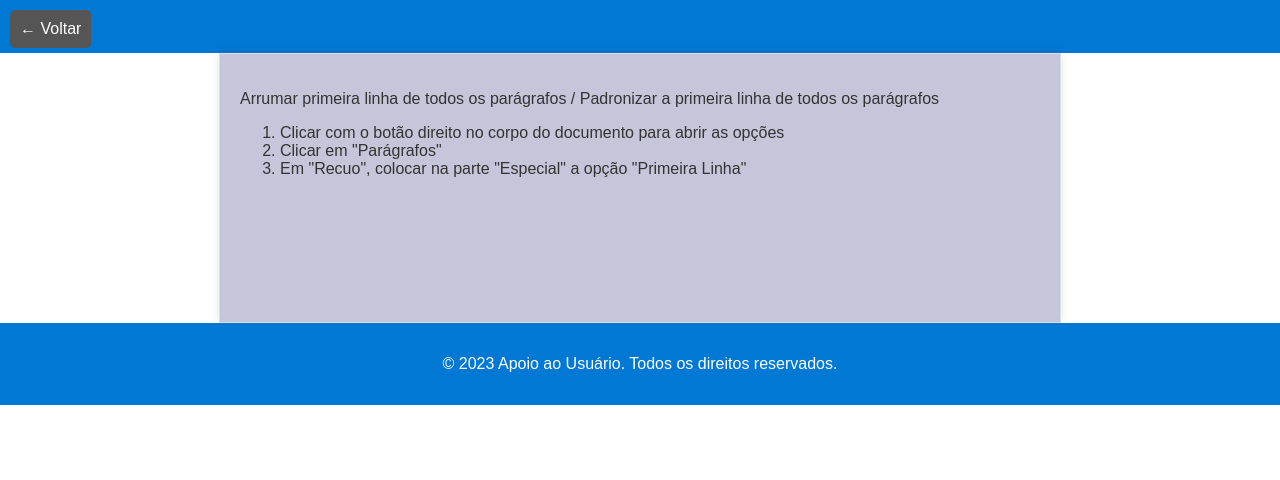
Repository: I4guito/dicasdez
Page: Dicas site/office365 tutoriais/wordtutoriais/criardocumentoword.html
The author's editor kept a copy of each file at every save. The page is drawn from the files as they stood at one save, then again after a run of saves.
The browser window is 1280 px wide. The pictures show the whole page.

Above is the page before, as saved 2023-11-30 16:36:14.

### Dicas site/office365 tutoriais/wordtutoriais/criardocumentoword.html
<!DOCTYPE html>
<html lang="pt-br">
<head>
    <meta charset="UTF-8">
    <meta name="viewport" content="width=device-width, initial-scale=1.0">
    <link rel="stylesheet" href="ztutor.css">
    <script src="/Dicas site/office365 tutoriais/wordtutoriais/tutors.js"></script>
    <title>Tutoriak</title>
</head>
<body>
    <header>
        <a href="javascript:history.back()" class="voltar-btn">&#8592; Voltar</a>
        <h1></h1>

    </header>
<div class="container">
    <section class="tutorial-content">

        <p>Arrumar primeira linha de todos os parágrafos / Padronizar a primeira linha de todos os parágrafos</p>
        <ol>
            <li>Clicar com o botão direito no corpo do documento para abrir as opções</li>
            <li>Clicar em "Parágrafos"</li>
            <li>Em "Recuo", colocar na parte "Especial" a opção "Primeira Linha"</li>

        </ol>
    </section><br><br><br><br><br><br>
</div>



    <footer>
        <p>&copy; 2023 Apoio ao Usuário. Todos os direitos reservados.</p>
    </footer>
</body>
</html>

### Dicas site/office365 tutoriais/wordtutoriais/ztutor.css
body {
    font-family: 'Arial', sans-serif;
    margin: 0;
    padding: 0;
}

header {
    background-color: #0078D4;
    color: white;
    text-align: center;
    padding: 1rem;
}

header img {
    max-width: 100px;
    margin-top: 10px;
}

.container {
    max-width: 800px;
    margin: 0 auto;
    background-color: rgb(198, 198, 218);
    padding: 20px;
    box-shadow: 0 0 10px rgba(0, 0, 0, 0.1);
    border: 1px solid #ddd;
    color: #333;
}

.problems-list {
    max-width: 600px;
    margin: 20px auto;
    padding: 20px;
    border: 1px solid #ddd;
    border-radius: 5px;
}

.problems-list h2 {
    color: #0078D4;
}

.problems-list ul {
    list-style-type: none;
    padding: 0;
}

.problems-list li {
    margin: 10px 0;
    border-bottom: 1px solid #ddd;
    padding: 10px;
    background-color: #53616b;
}

.problems-list li:last-child {
    border-bottom: none; /
}

.problems-list a {
    text-decoration: none;
    color: #0078D4;
    transition: color 0.3s;
}

.problems-list a:hover {
    color: #004377;
}

footer {
    background-color: #0078D4;
    color: white;
    text-align: center;
    padding: 1rem;
}

.link-instrucoes {
    font-family:cursive;
    width: 50px;
    left: 10px;
    text-decoration: none;
    color: #fff;
    font-size: 25px;
    padding: 3px;
    background-color: #555;
    border: none;
    border-radius: 10px;
    cursor: pointer;
    transition:  background-color 0.3s;
}

.link-instrucoes:hover {
    background-color:#777
}


.voltar-btn {
    position: absolute;
    left: 10px;
    top: 10px;
    text-decoration: none;
    color: #fff;
    font-size: 16px;
    padding: 10px;
    background-color: #555;
    border: none;
    border-radius: 5px;
    cursor: pointer;
    transition: background-color 0.3s;
}

.voltar-btn:hover {
    background-color: #777;
}


.step {
    max-width: 800px;
    margin: 0 auto;
    background-color: #333;
    padding: 20px;
    box-shadow: 0 0 10px rgba(0, 0, 0, 0.1);
    border: 1px solid #ddd;
    color: #333;
    margin-bottom: 40px;
    padding: 20px;
    border-radius: 8px;
    box-shadow: 0 4px 8px rgba(0, 0, 0, 0.1);
}

### Dicas site/office365 tutoriais/wordtutoriais/tutors.js

const isOpera = navigator.userAgent.indexOf("OPR") > -1;


if (isOpera) {
  document.addEventListener("DOMContentLoaded", function () {
    document.querySelector("body").style.backgroundColor = "#005c4b";
    document.querySelector(".container").style.color = "#333";
    document.querySelector(".container").style.backgroundColor = "#006c6d";
  });
}

After the next 2 saves:
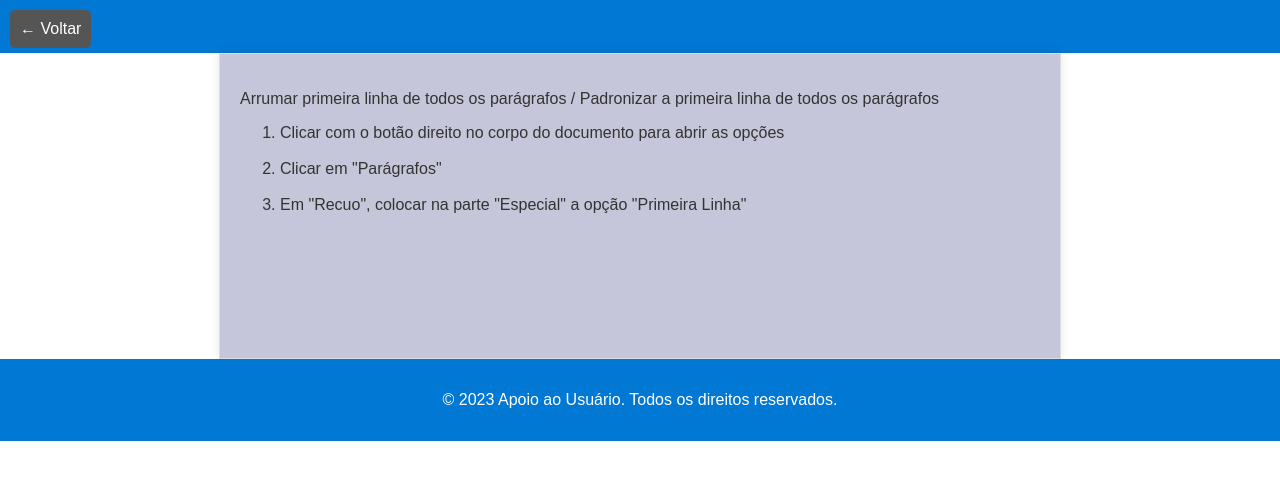
The 2 saves are shown as one change because they came seconds apart.
The last was saved 16 s later.
--- a/Dicas site/office365 tutoriais/wordtutoriais/criardocumentoword.html
+++ b/Dicas site/office365 tutoriais/wordtutoriais/criardocumentoword.html
@@ -18,8 +18,8 @@
 
         <p>Arrumar primeira linha de todos os parágrafos / Padronizar a primeira linha de todos os parágrafos</p>
         <ol>
-            <li>Clicar com o botão direito no corpo do documento para abrir as opções</li>
-            <li>Clicar em "Parágrafos"</li>
+            <li>Clicar com o botão direito no corpo do documento para abrir as opções</li><br>
+            <li>Clicar em "Parágrafos"</li><br>
             <li>Em "Recuo", colocar na parte "Especial" a opção "Primeira Linha"</li>
 
         </ol>
